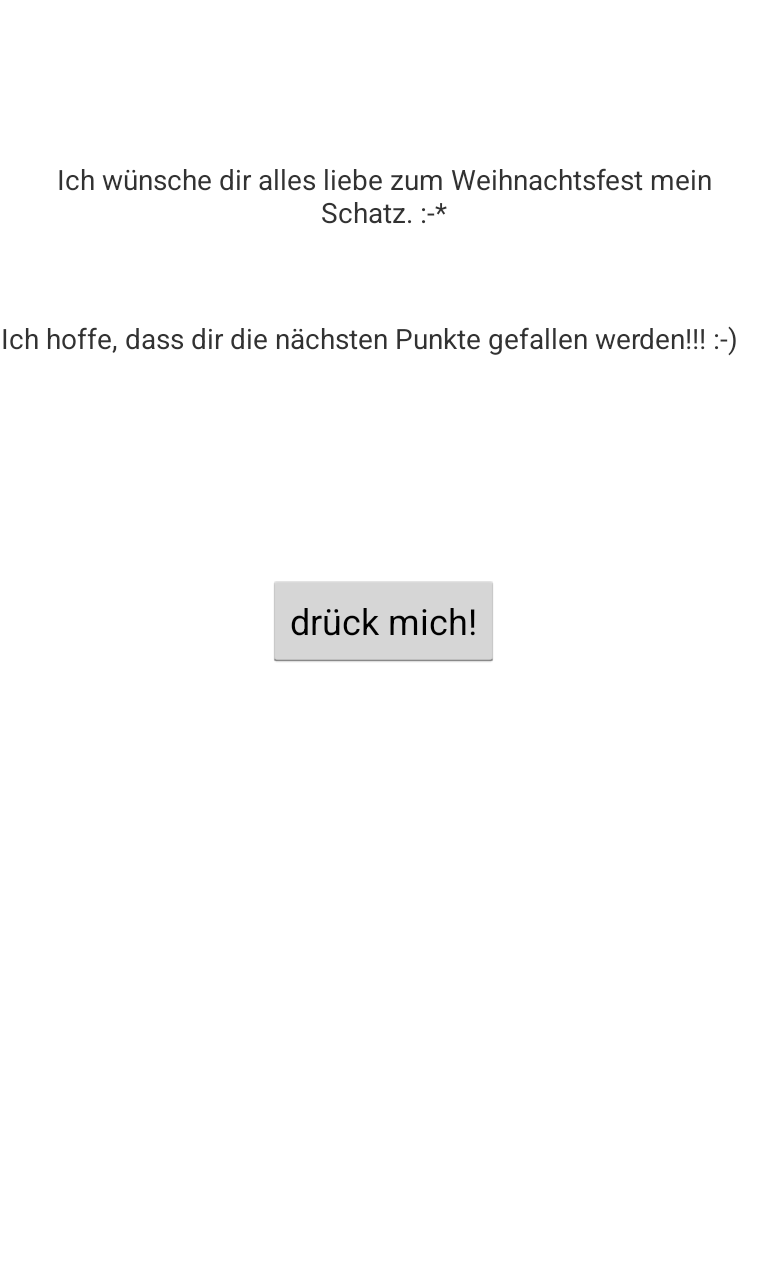
Repository: flashback2k12/ChristmasPresent
Layout: ChristmasPresent/res/layout/activity_main.xml
An editor plug-in stored every save of this project. The layout is shown before and after the next save, followed by the edit.
It is drawn on a 768 x 1280 px phone screen (xhdpi) without system bars, with theme AppTheme; the app's code is not run.

Above is the layout before, as saved 2012-12-18 17:13:40.

### ChristmasPresent/res/layout/activity_main.xml
<RelativeLayout xmlns:android="http://schemas.android.com/apk/res/android"
    xmlns:tools="http://schemas.android.com/tools"
    android:layout_width="match_parent"
    android:layout_height="match_parent" >

    <Button
        android:id="@+id/button1"
        android:layout_width="wrap_content"
        android:layout_height="wrap_content"
        android:layout_below="@+id/textView1"
        android:layout_centerHorizontal="true"
        android:layout_marginTop="108dp"
        android:text="@string/button_first_act"
        android:onClick="FirstActivity" />

    <TextView
        android:id="@+id/textView2"
        android:layout_width="wrap_content"
        android:layout_height="wrap_content"
        android:layout_alignParentLeft="true"
        android:layout_alignParentTop="true"
        android:layout_marginTop="72dp"
        android:gravity="center"
        android:padding="@dimen/padding_medium"
        android:text="@string/hello_schatz_z1"
        tools:context=".MainActivity" />

    <TextView
        android:id="@+id/textView1"
        android:layout_width="wrap_content"
        android:layout_height="wrap_content"
        android:layout_alignParentLeft="true"
        android:layout_below="@+id/textView2"
        android:layout_marginTop="36dp"
        android:gravity="center"
        android:text="@string/hello_schatz_z2" />

</RelativeLayout>

### ChristmasPresent/res/values-v11/styles.xml
<resources>

	<style  name="AppTheme" parent="android:Theme.Holo.Light" />

</resources>

### ChristmasPresent/res/values/strings.xml
<?xml version="1.0" encoding="utf-8"?>
<resources>

    <string name="app_name">Weihnachtsgeschenk</string>
    <string name="hello_schatz_z1">Ich wünsche dir alles liebe zum Weihnachtsfest mein Schatz. :-* </string>
    <string name="hello_schatz_z2">Ich hoffe, dass dir die nächsten Punkte gefallen werden!!! :-)</string><string name="menu_settings">Menü</string>
    <string name="title_activity_main">Weihnachtsgeschenk</string>
    <string name="button_first_act">drück mich!</string>
    <string name="checkbox1">Gutschein 1</string>
    <string name="checkbox2">Gutschein 2</string>
    <string name="checkbox3">Gutschein 3</string>
    <string name="checkbox4">Gutschein 4</string>
    <string name="checkbox5">Gutschein 5</string>

</resources>

Loaded but not shown: ChristmasPresent/res/values-v14/styles.xml (common file); ChristmasPresent/res/values/styles.xml (common file); ChristmasPresent/res/values/dimens.xml (common file)

After the next save:
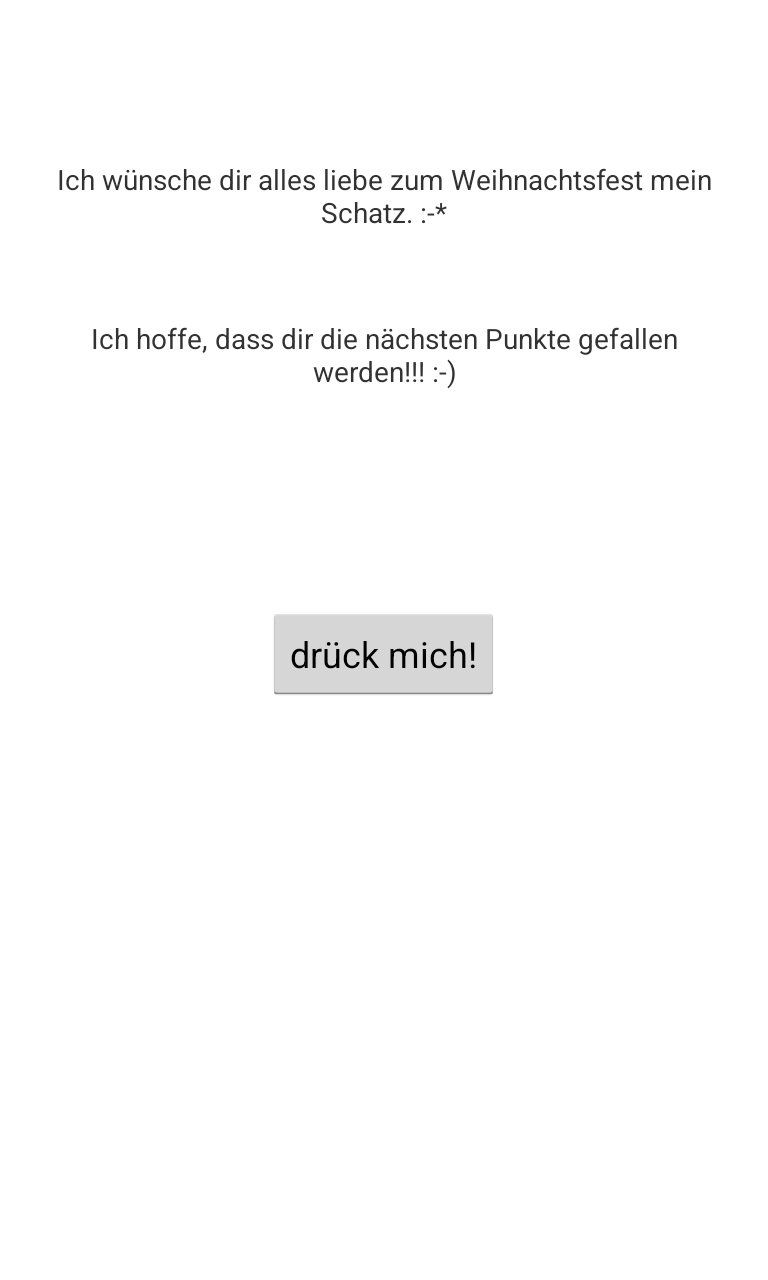
Saved 112 s later.
--- a/ChristmasPresent/res/layout/activity_main.xml
+++ b/ChristmasPresent/res/layout/activity_main.xml
@@ -19,6 +19,8 @@
         android:layout_height="wrap_content"
         android:layout_alignParentLeft="true"
         android:layout_alignParentTop="true"
+        android:layout_marginLeft="20dp"
+        android:layout_marginRight="20dp"
         android:layout_marginTop="72dp"
         android:gravity="center"
         android:padding="@dimen/padding_medium"
@@ -31,6 +33,8 @@
         android:layout_height="wrap_content"
         android:layout_alignParentLeft="true"
         android:layout_below="@+id/textView2"
+        android:layout_marginLeft="20dp"
+        android:layout_marginRight="20dp"
         android:layout_marginTop="36dp"
         android:gravity="center"
         android:text="@string/hello_schatz_z2" />
